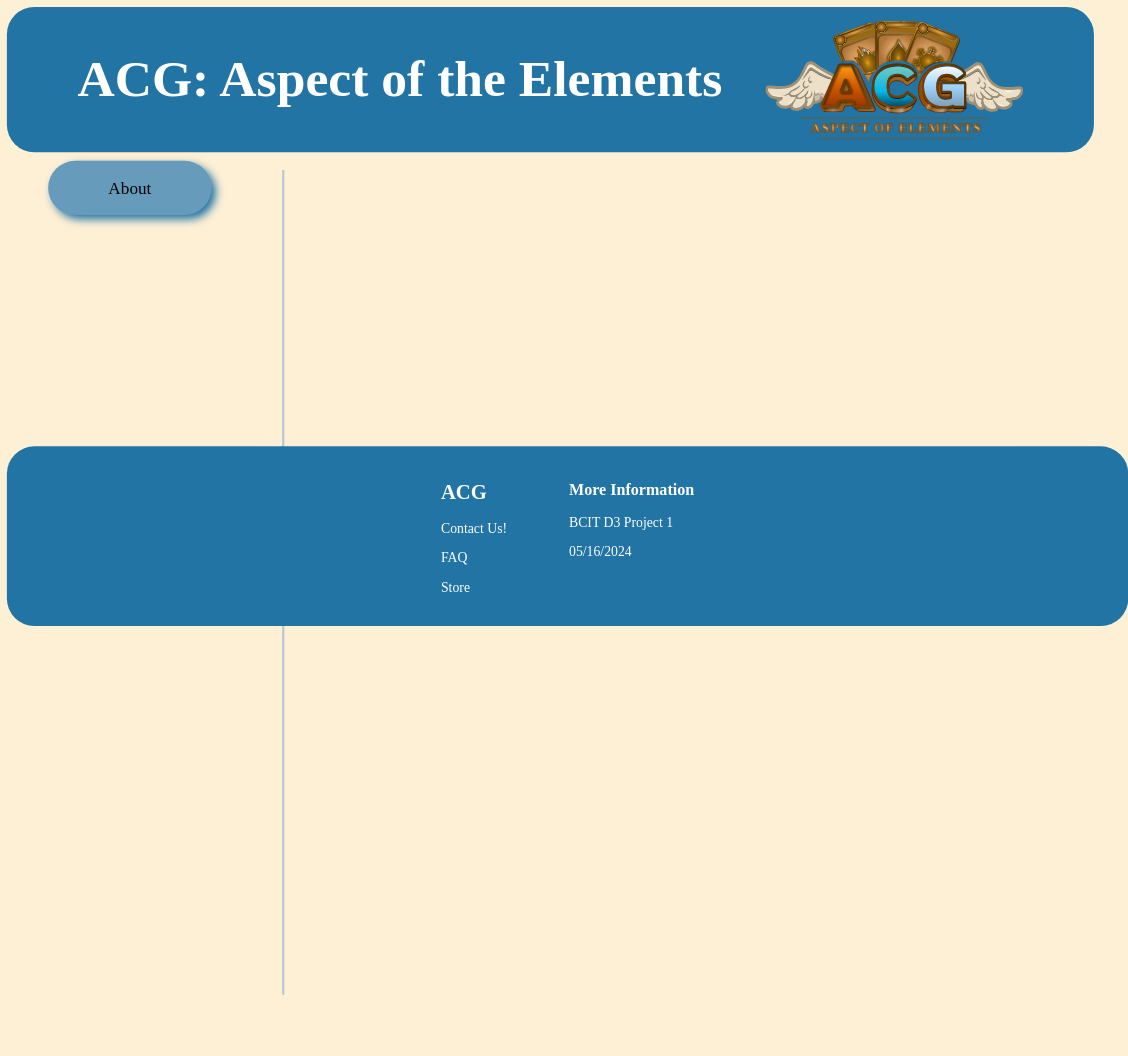
Repository: Delukalgh/ACG
Page: index.html
These files come from the project's save history. The page is drawn as it stood at one moment and after the next save; the edit follows.
The browser window is 1280 px wide. The page is 1312 px wide, so the pictures cover 1312 px, including what lies to the right of the window. The pictures show the whole page, at 86% of full size.

Above is the page before, as saved 2024-05-15 15:02:59.

### index.html
<!DOCTYPE html>
<html lang="en">

<head>
  <meta charset="UTF-8">
  <meta name="viewport" content="width=device-width, initial-scale=1.0">
  <meta http-equiv="X-UA-Compatible" content="ie=edge">
  <title>ACG Home Page</title>
  <link rel="stylesheet" href="style.css">
</head>

<body>
  <script src="index.js"></script>
  <div class="main-container">
    <div class="header-container">
      <h1 class="acg-header">ACG: Aspect of the Elements</h1>
      <img class="acg-logo" src="images/ACG-Logo.svg" alt="acg logo" style="width: 300px;" />
    </div>
    <div class="vertical-line"></div>
    <div class="about-button">
      <a class="about-link" href="about.html">
        <button class="about-page">About</button>
      </a>
    </div>
    <div class="footer-container">
      <div class="footer-group-1">
        <h2>ACG</h2>
        <p>Contact Us!</p>
        <p>FAQ</p>
        <p>Store</p>
      </div>

      <div class="footer-group-2">
        <h3>More Information</h3>
        <p>BCIT D3 Project 1</p>
        <p>05/16/2024</p>
      </div>
    </div>
  </div>
</body>

</html>

### style.css
body {
    background-color: #FDF0D5;
}

.main-container {
    position: relative;
    min-height: 100vh;
}
.header-container {
    display: flex;
    background-color: #2274A5;
    padding: 10px;
    justify-content: center;
    border-radius: 32px;
}

.acg-header {
    color: white;
    font-family: cursive;
    font-size: 60px;
}

.acg-logo {
    display: flex;
    margin-left: 50px;
}

.vertical-line {
    border-left: 3px solid #B3C5D7;
    height: 60em;
    position:absolute;
    margin-left: 20em;
    border-radius: 32px;
    margin-top: 20px;
}

.about-button {
    display: flex;
    justify-content: center;
    margin-top: 10px;
    justify-content: left;
    margin-left: 3em;
}

.about-page {
    display: flex;
    background-color: #669BBC;
    padding: 20px 70px;
    border-radius: 32px;
    border: none;
    font-size: 20px;
    font-family: cursive;
    box-shadow: 5px 5px 10px #2274A5;
    cursor: pointer;
}

.about-link {
    text-decoration: none;
}

.footer-container {
    display: flex;
    background-color: #2274A5;
    padding: 20px;
    justify-content: center;
    border-radius: 32px;
    position:absolute;
    bottom: 0;
    width: 100%;
    color: white;
    font-family: cursive;
}

.footer-group-1 {
margin-right: 10vh;
}

Loaded but not shown: index.js (no stored copy; drawn as an empty file)

After the next save:
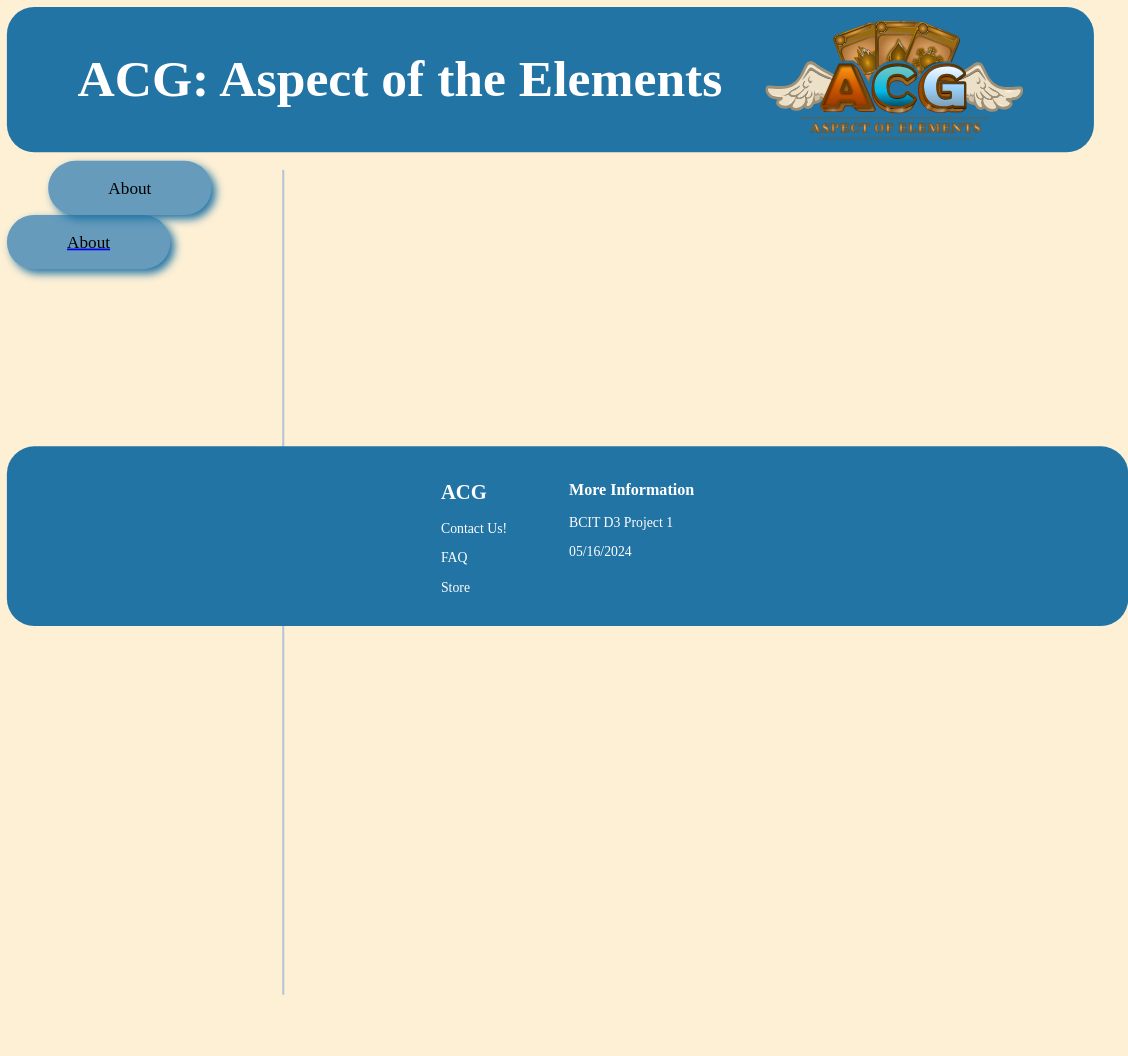
Saved 42 s later.
--- a/index.html
+++ b/index.html
@@ -22,6 +22,11 @@
         <button class="about-page">About</button>
       </a>
     </div>
+    <div class="features-button">
+      <a class="features-link" href="features.html">
+        <button class="about-page">About</button>
+      </a>
+    </div>
     <div class="footer-container">
       <div class="footer-group-1">
         <h2>ACG</h2>
